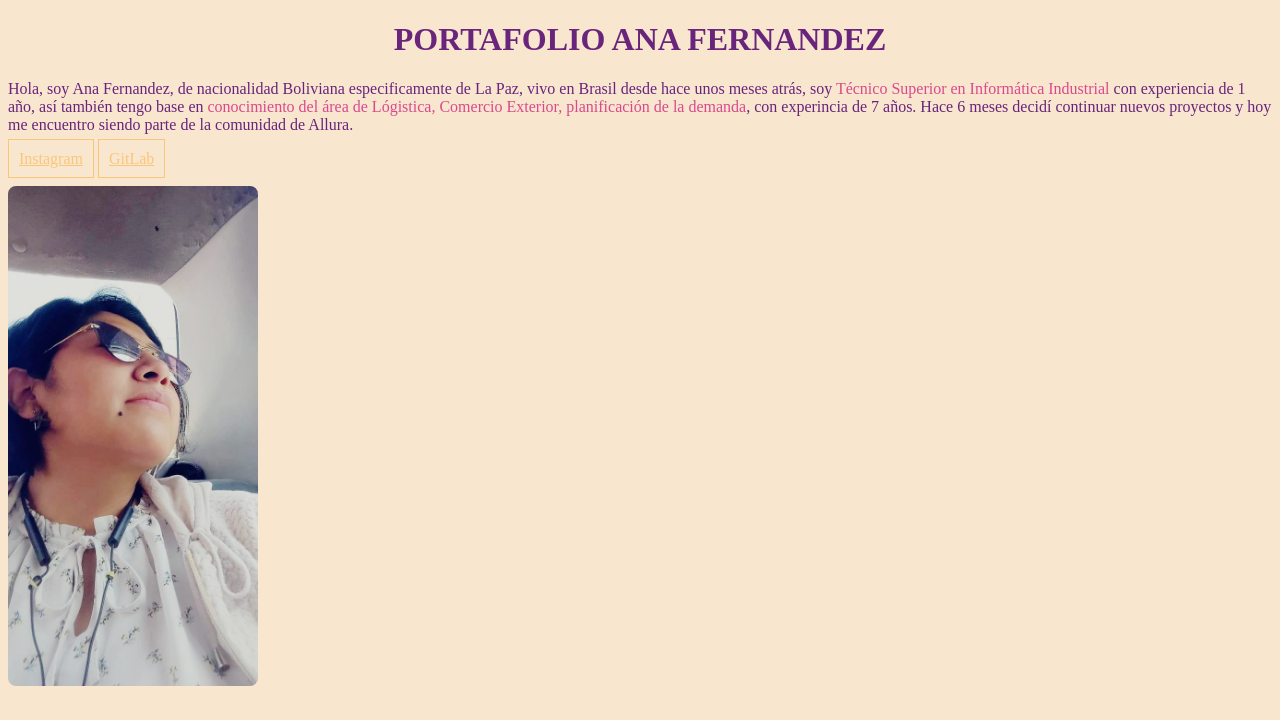
Repository: AnaFzCz/PROYECTOS-HTML---CSS2
Page: Portafolio/index.html
The author's editor kept a copy of each file at every save. The page is drawn from the files as they stood at one save, then again after the next save.
The browser window is 1280 px wide. The pictures show the whole page.

Above is the page before, as saved 2025-01-23 07:05:00.

### Portafolio/index.html
<!DOCTYPE html>
<html lang="en">
<head>
    <meta charset="UTF-8">
    <meta http-equiv="X-UA-Compatible" content="IE=edge">
    <meta name="viewport" content="width=device-width, initial-scale=1.0">
    <title>Portafolio</title>
    <link rel="stylesheet" href="style.css">
</head>
<body>
    <header>

    </header>
    <main>
        <h1 style="text-align: center;">PORTAFOLIO ANA FERNANDEZ</h1>
        <p>Hola, soy Ana Fernandez, de nacionalidad Boliviana especificamente de La Paz, vivo en Brasil desde hace unos meses atrás, soy <span>Técnico Superior en Informática Industrial</span> con experiencia de 1 año, así también tengo base en <span>conocimiento del área de Lógistica, Comercio Exterior, planificación de la demanda</span>, con experincia de 7 años. Hace 6 meses decidí continuar nuevos proyectos y hoy me encuentro siendo parte de la comunidad de Allura.</p>
            <div >
        <a href="https://instagram.com/anafzcz">Instagram</a>
        <a href="https://github.com/AnaFzCz">GitLab</a>
        <br>
        <br>
        <img src="mindfullness.jpg" alt="myself" style="width:250px;height: 500px;">
        </div>
    </main>
    <footer></footer>
</body>
</html>

### Portafolio/style.css
body{
   background-color: #F9E6CF;
   color:#69247C;
    font-family: "papyrus";
}

span{
    color:#DA498D;
}

a{
    color: #FAC67A;

    border: 1px solid #FAC67A ;
    padding: 10px;
    text-align: center;
}

h1 {
   align-content: center;
}
img {
    border-radius: 8px;
  }
  img:hover {
    transform: scaleX(-1);
  }

After the next save:
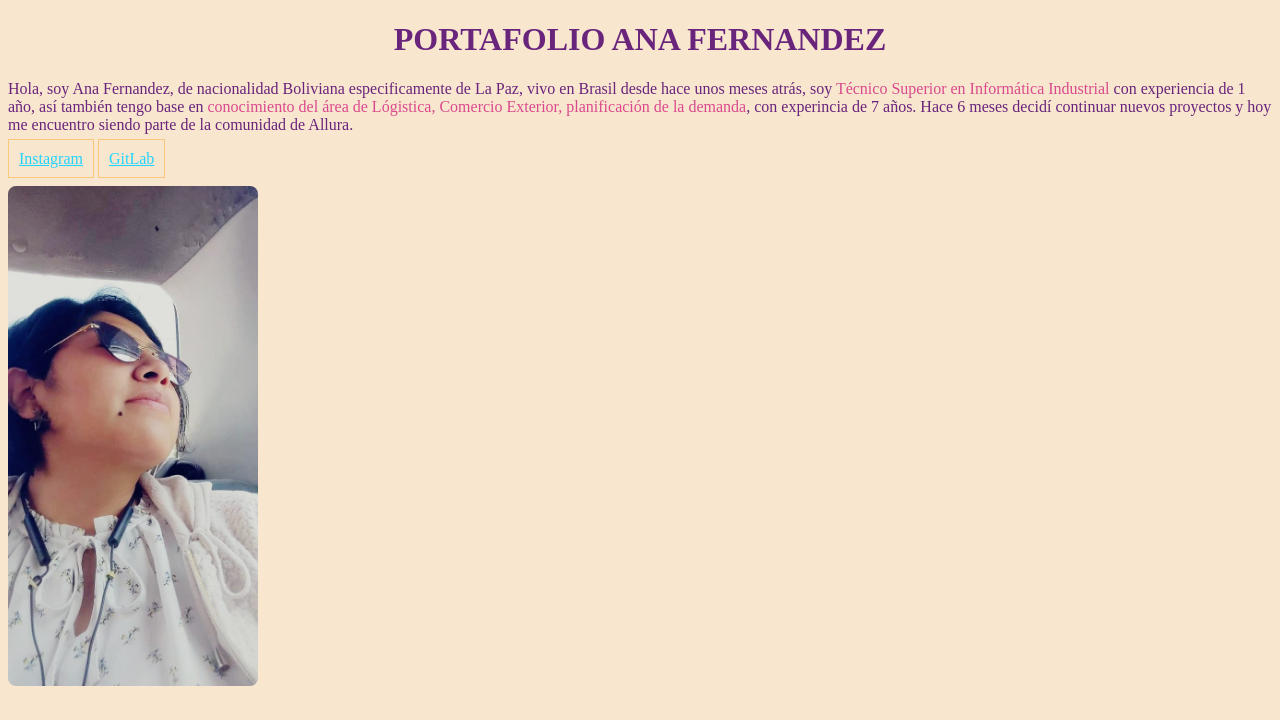
Saved 11 s later.
--- a/Portafolio/style.css
+++ b/Portafolio/style.css
@@ -9,7 +9,7 @@ span{
 }
 
 a{
-    color: #FAC67A;
+    color: #22D4FD;
 
     border: 1px solid #FAC67A ;
     padding: 10px;
